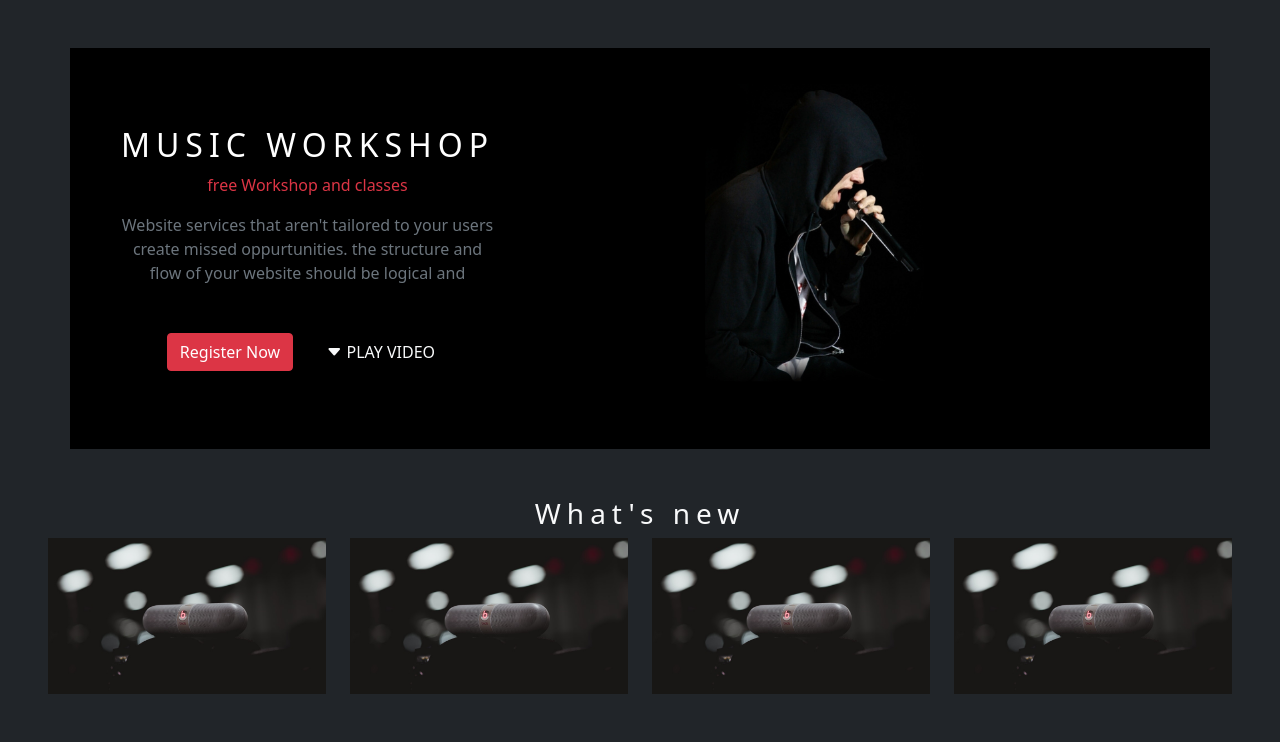
Repository: Eugene44-hub/music-workshop-site
Page: index.html
An editor plug-in stored every save of this project. The page is shown before and after a run of saves, followed by the edit.
The browser window is 1280 px wide. The pictures show the whole page.
Some web libraries are served in a nearby version.

Above is the page before, as saved 2021-10-22 16:24:14.

### index.html
<!DOCTYPE html>
<html lang="en">

<head>
    <meta charset="UTF-8">
    <meta http-equiv="X-UA-Compatible" content="IE=edge">
    <meta name="viewport" content="width=device-width, initial-scale=1.0">
    <title>Document</title>
    <link rel="stylesheet" href="style.css">
    <!-- CSS only -->
    <link href="https://cdn.jsdelivr.net/npm/bootstrap@5.1.3/dist/css/bootstrap.min.css" rel="stylesheet" integrity="sha384-1BmE4kWBq78iYhFldvKuhfTAU6auU8tT94WrHftjDbrCEXSU1oBoqyl2QvZ6jIW3" crossorigin="anonymous">
    <link rel="stylesheet" href="https://cdn.jsdelivr.net/npm/bootstrap-icons@1.6.1/font/bootstrap-icons.css">
</head>

<body class="bg-dark p-md-5 p-3">
    <!-- registeration starts  -->
    <section id="registration">
        <div class="container">
            <div class="row text-white bg-black align-items-center" id="regImg">
                <div id="regText" class="col-lg-5 text-center p-5">
                    <h2 id="musicheader" class="text-uppercase fs-2">
                        music workshop </h2>
                    <p class="text-danger"> free Workshop and classes</p>
                    <p class="text-secondary">Website services that aren't tailored to your users create missed oppurtunities. the structure and flow of your website should be logical and</p>
                    <div class="mt-5">
                        <button class="btn btn-danger mx-2">Register Now</button>
                        <button class="btn text-light mx-2"><i class="bi bi-caret-down-fill"></i> PLAY VIDEO</button>
                    </div>
                </div>
                <div class="col-md"> <img src="images/eminem.jpg" alt="" class="img-fluid"></div>

            </div>
        </div>
    </section>
    <!-- registeration ends  -->

    <!-- whats new starts -->
    <section>
        <div class="container"></div>
        <h2 id="new" class='text-center text-light fs-3 mt-5'>What's new</h2>
        <div class="row">
            <div class="col-md">
                <img src="images/speaker.jpg" class="img-fluid" alt="">
            </div>
            <div class="col-md">
                <img src="images/speaker.jpg" class="img-fluid" alt="">
            </div>
            <div class="col-md">
                <img src="images/speaker.jpg" class="img-fluid" alt="">
            </div>
            <div class="col-md">
                <img src="images/speaker.jpg" class="img-fluid" alt="">
            </div>
        </div>
    </section>
    <!-- whats new ends -->
</body>
<!-- JavaScript Bundle with Popper -->
<script src="https://cdn.jsdelivr.net/npm/bootstrap@5.1.3/dist/js/bootstrap.bundle.min.js" integrity="sha384-ka7Sk0Gln4gmtz2MlQnikT1wXgYsOg+OMhuP+IlRH9sENBO0LRn5q+8nbTov4+1p" crossorigin="anonymous"></script>

</html>

### style.css
#musicheader,
#new {
    letter-spacing: 6px
}


/* #regImg {
    background-image: url('images/eminem.jpg');
    background-repeat: no-repeat;
    background-position-x: left;
    background-position-y: top;
    background-size: auto;
    background-size: cover;
} */

After the next 2 saves:
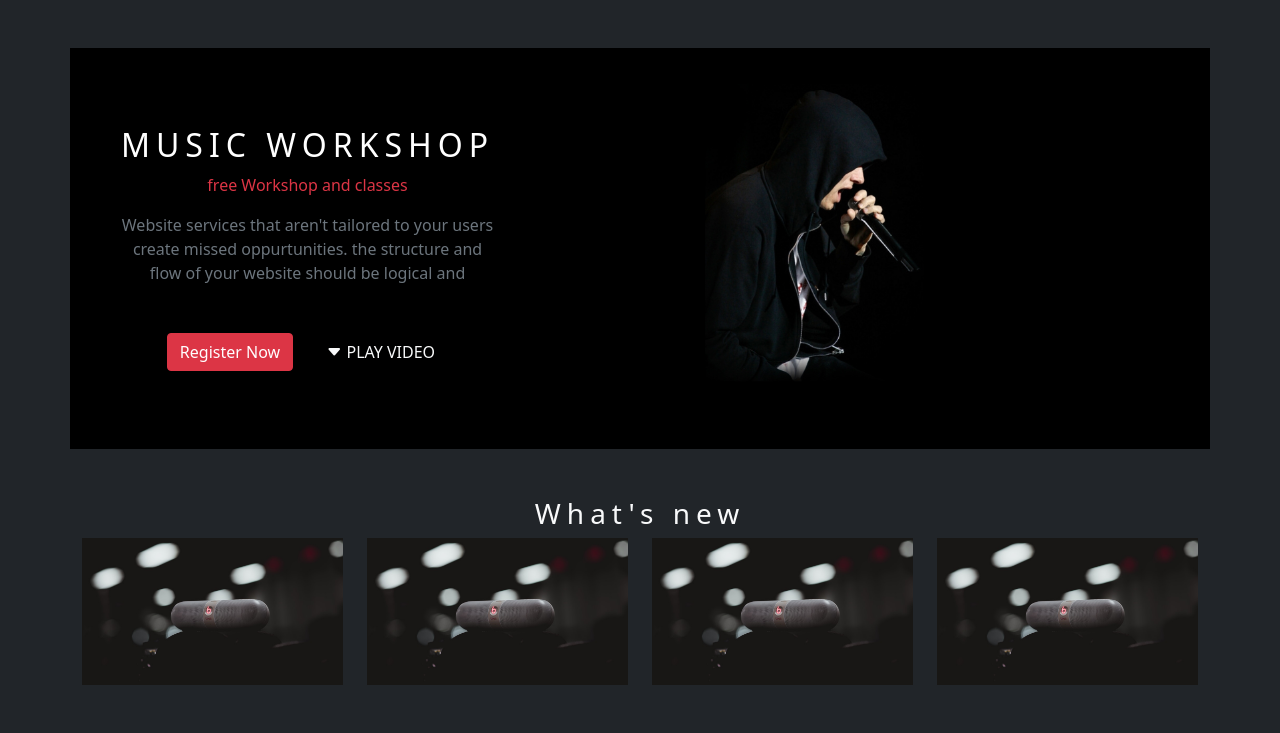
The 2 saves are shown as one change because they came seconds apart.
The last was saved 8 s later.
--- a/index.html
+++ b/index.html
@@ -36,22 +36,24 @@
 
     <!-- whats new starts -->
     <section>
-        <div class="container"></div>
-        <h2 id="new" class='text-center text-light fs-3 mt-5'>What's new</h2>
-        <div class="row">
-            <div class="col-md">
-                <img src="images/speaker.jpg" class="img-fluid" alt="">
-            </div>
-            <div class="col-md">
-                <img src="images/speaker.jpg" class="img-fluid" alt="">
-            </div>
-            <div class="col-md">
-                <img src="images/speaker.jpg" class="img-fluid" alt="">
-            </div>
-            <div class="col-md">
-                <img src="images/speaker.jpg" class="img-fluid" alt="">
+        <div class="container">
+            <h2 id="new" class='text-center text-light fs-3 mt-5'>What's new</h2>
+            <div class="row">
+                <div class="col-md">
+                    <img src="images/speaker.jpg" class="img-fluid" alt="">
+                </div>
+                <div class="col-md">
+                    <img src="images/speaker.jpg" class="img-fluid" alt="">
+                </div>
+                <div class="col-md">
+                    <img src="images/speaker.jpg" class="img-fluid" alt="">
+                </div>
+                <div class="col-md">
+                    <img src="images/speaker.jpg" class="img-fluid" alt="">
+                </div>
             </div>
         </div>
+
     </section>
     <!-- whats new ends -->
 </body>
